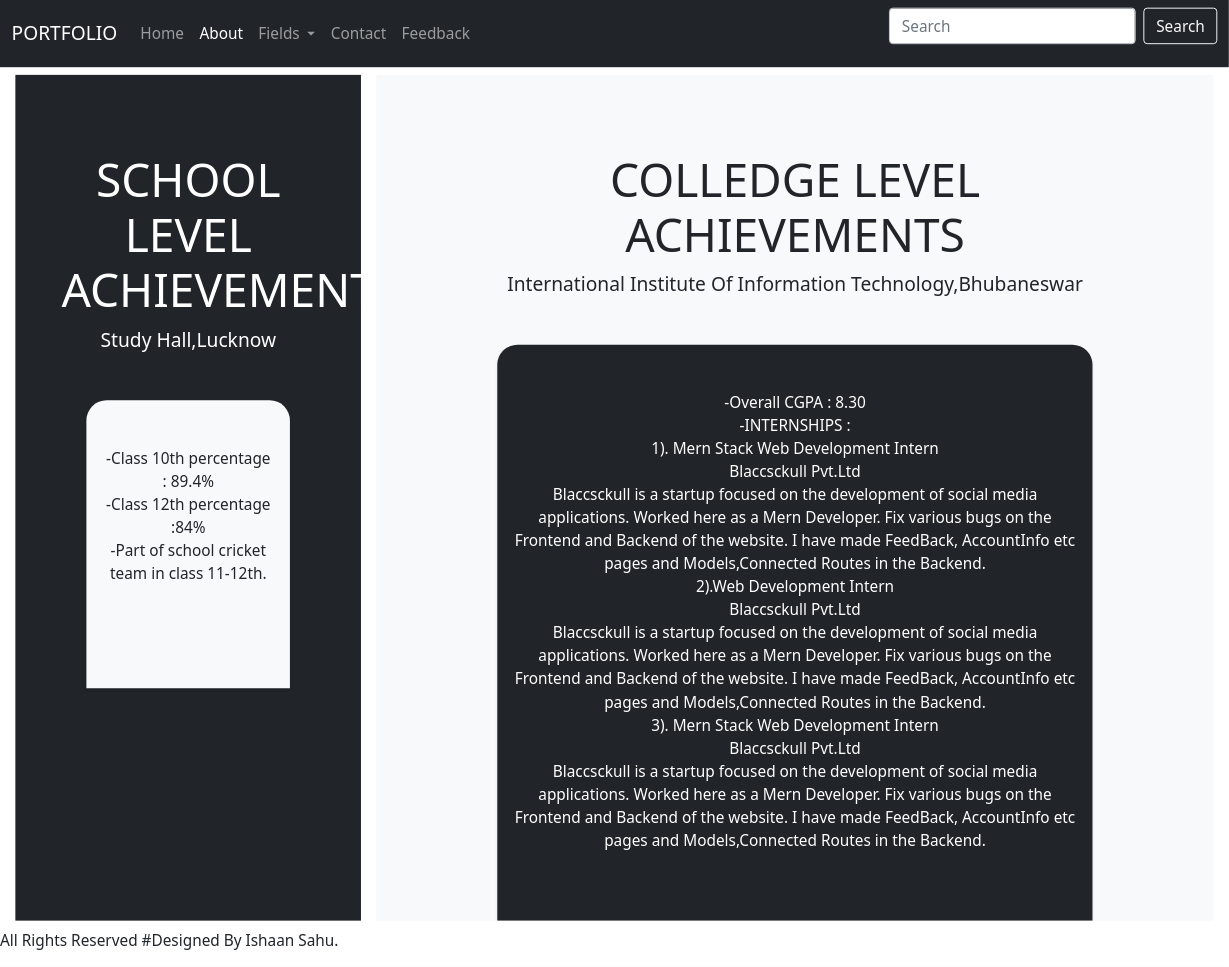
Repository: ishaan51551/Ishaan-s-Portfolio-
Page: about.html
These files come from the project's save history. The page is drawn as it stood at one moment and after a run of saves; the edit follows.
The browser window is 1280 px wide. The pictures show the whole page, at 96% of full size.

Above is the page before, as saved 2023-09-13 16:12:21.

After the next 2 saves:
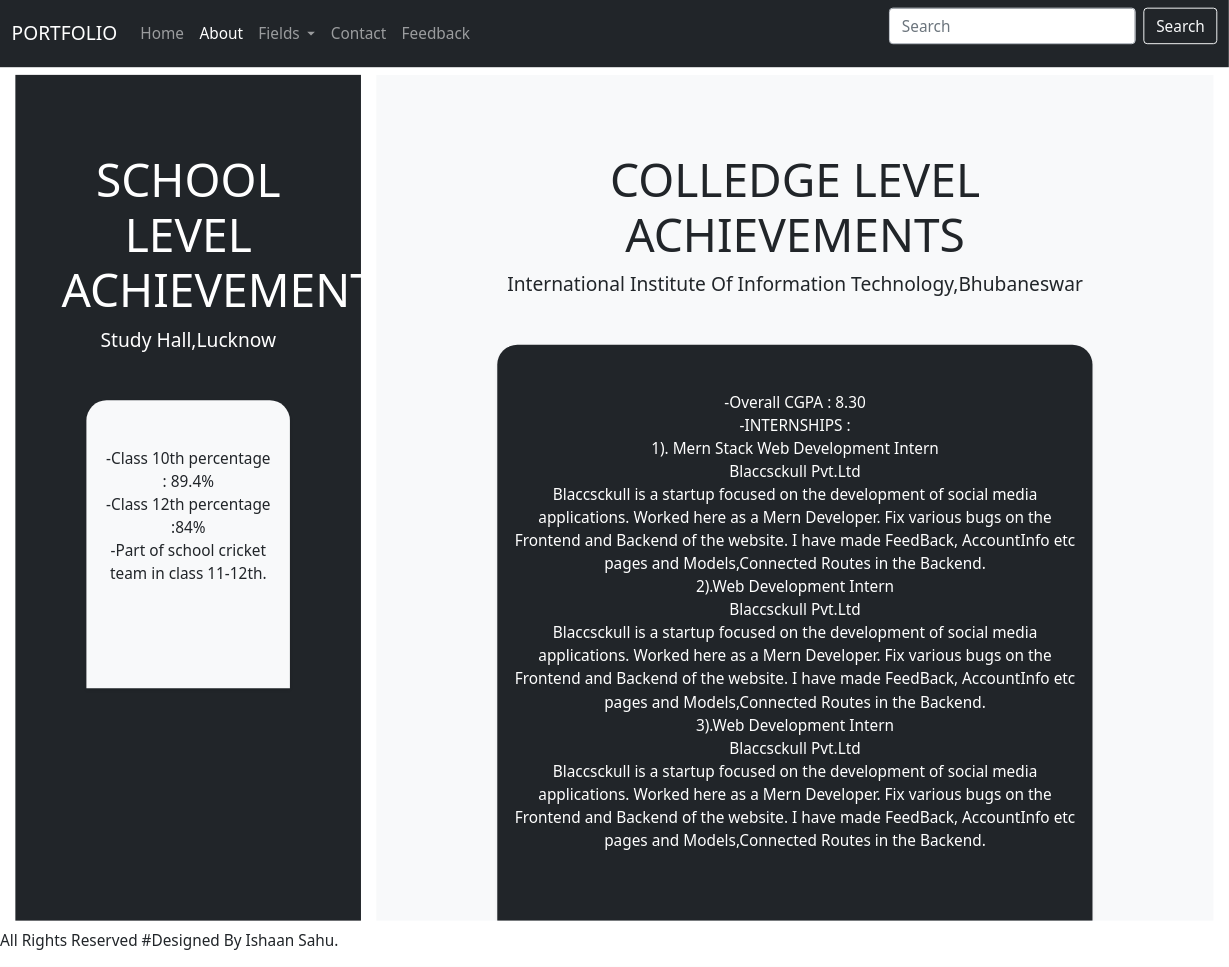
The 2 saves are shown as one change because they came seconds apart.
The last was saved 5 s later.
--- a/about.html
+++ b/about.html
@@ -116,7 +116,7 @@
           Fix various bugs on the Frontend and Backend of the website.
           I have made FeedBack, AccountInfo etc pages and Models,Connected Routes in the Backend.
           <br>
-          3). Mern Stack Web Development Intern<br>
+          3).Web Development Intern<br>
           Blaccsckull Pvt.Ltd<br>
           Blaccsckull is a startup focused on the development of social media applications. Worked here as a Mern
           Developer.
